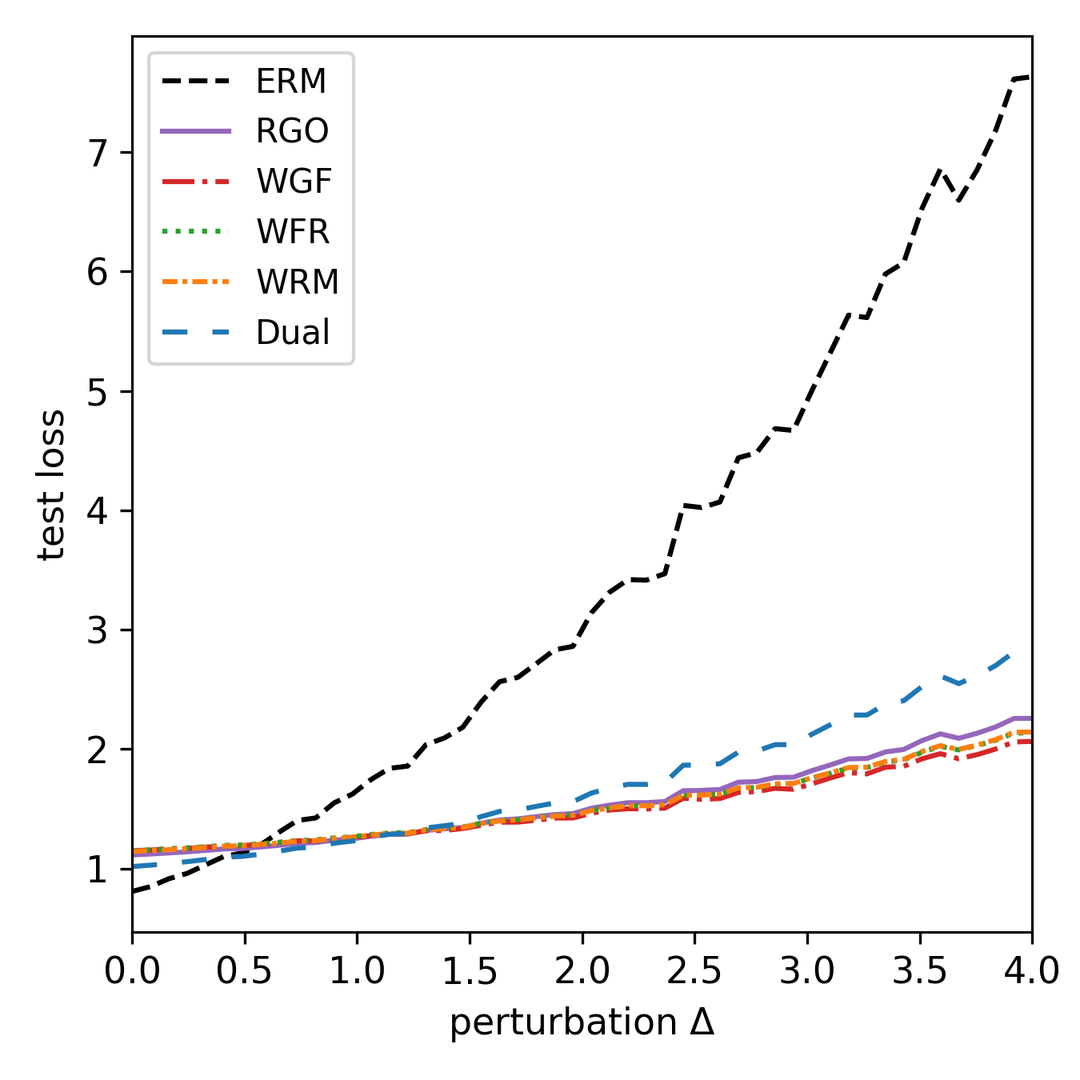
Repository: ZusenXu/GFS-DRO
Script's output: python uncertain_least_squares/uncertain_least_squares.py
An editor plug-in stored every save of this project. The script's output is shown before and after the next save, followed by the edit.
The pictures are shown at 80% of full size.
Random numbers start from a fixed seed.

Above is the script's output before, as saved 2025-09-13 20:58:33.

After the next save:
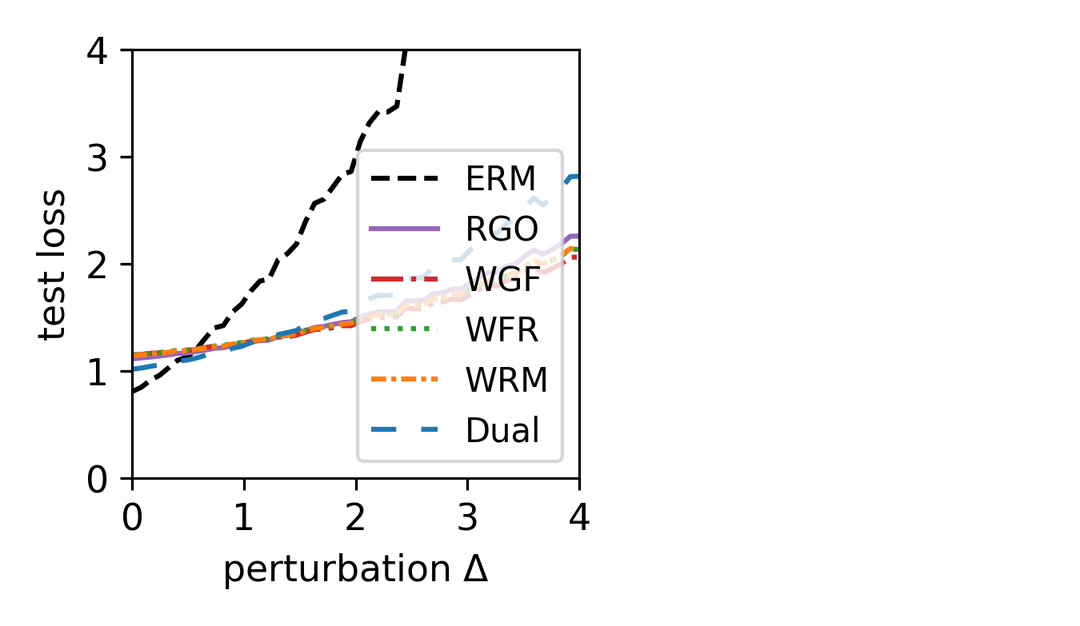
Saved 63 s later.
--- a/uncertain_least_squares/uncertain_least_squares.py
+++ b/uncertain_least_squares/uncertain_least_squares.py
@@ -300,7 +300,7 @@ def run_experiment():
 # --- 12. 结果可视化 ---
 def plot_results(delta_values, results):
     """ 绘制所有模型损失随扰动 delta 变化的曲线 """
-    fig, ax = plt.subplots(figsize=(4.5, 4.5), dpi=300)
+    fig, ax = plt.subplots(figsize=(2.613, 2.613), dpi=300)
 
     styles = {
         'ERM': {'color': 'k', 'linestyle': '--'},
@@ -321,6 +321,7 @@ def plot_results(delta_values, results):
     for spine in ax.spines.values():
         spine.set_linewidth(0.75)
     ax.set_xlim(0, 4)
+    ax.set_ylim(0, 4)
     ax.grid(False)
     ax.legend(fontsize=10)
     plt.tight_layout()
